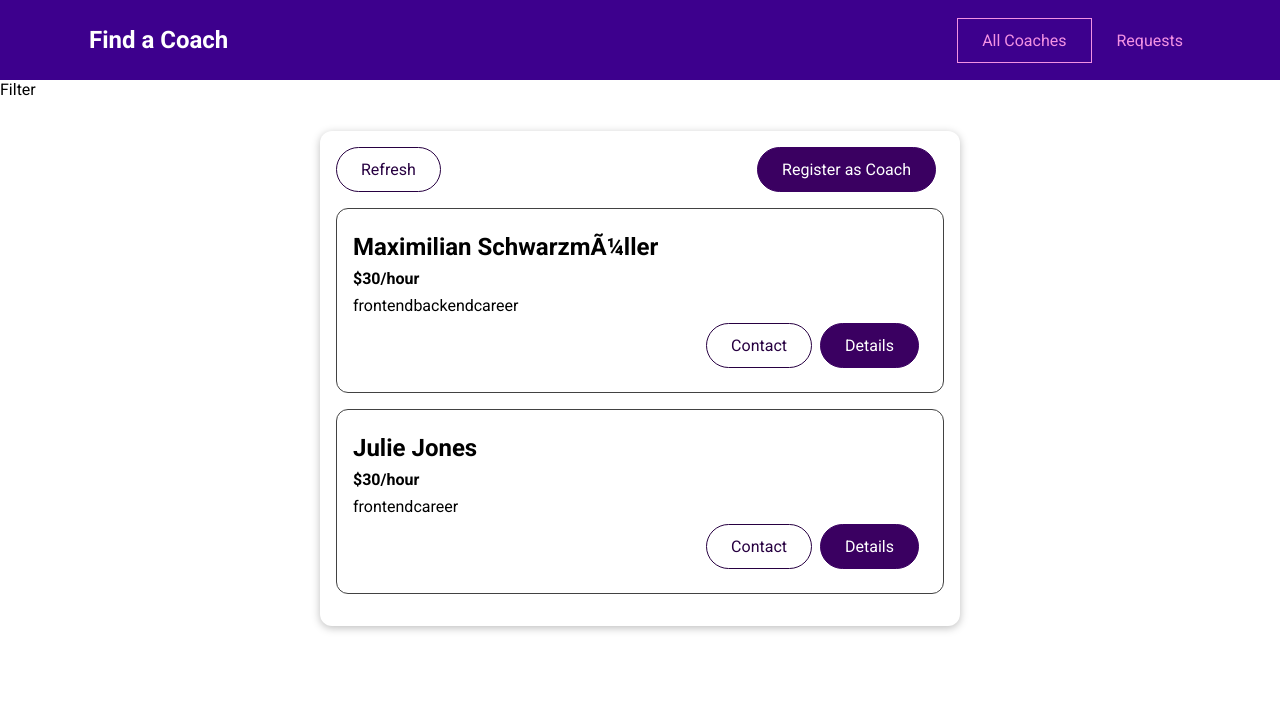
Repository: JesNatTer/coachfinder-app
Page: /coaches
An editor plug-in stored every save of this project. The page is shown before and after the next save, followed by the edit.
The browser window is 1280 px wide. The pictures show the whole page.
The project was rebuilt for these pictures with package versions that can differ from the ones it lists, and the page was loaded fresh each time. Also part of the build but not shown: src/pages/coaches/CoachDetails.vue, src/pages/coaches/CoachRegister.vue, src/pages/requests/ContactCoach.vue, src/pages/requests/RequestsReceived.vue. Imported but missing from the stored project, and not drawn on this page: src/pages/NotFound.vue.

Above is the page before, as saved 2021-11-26 14:48:28.

### src/main.js
import { createApp } from 'vue';
import router from './router.js';
import App from './App.vue';
import store from './store/index.js';
import BaseCard from './components/ui/BaseCard.vue'
import BaseButton from './components/ui/BaseButton.vue'
import BaseBadge from './components/ui/BaseBadge.vue'

const app = createApp(App);

app.use(router);
app.use(store)

app.component('base-card', BaseCard)
app.component('base-button', BaseButton)
app.component('base-badge', BaseBadge)

app.mount('#app');

### src/router.js
import { createRouter, createWebHistory } from 'vue-router'
import CoachDetails from './pages/coaches/CoachDetails.vue'
import CoachesList from './pages/coaches/CoachesList.vue'
import CoachRegister from './pages/coaches/CoachRegister.vue'
import ContactCoach from './pages/requests/ContactCoach.vue'
import RequestsReceived from './pages/requests/RequestsReceived.vue'
import NotFound from './pages/NotFound.vue'

const router = createRouter({
    history: createWebHistory(),
    routes: [
        { path: '/', redirect: '/coaches'},
        { path: '/coaches', component: CoachesList },
        { path: '/coaches/:id', component: CoachDetails, children: [
            { path: 'contact', component: ContactCoach } ,
        ] },
        { path: '/register', component: CoachRegister },
        { path: '/requests', component: RequestsReceived },
        { path: '/:notFound(.*)', component: NotFound },
    ]
});

export default router

### src/App.vue
<template>
    <Header/>
    <router-view></router-view>
</template>

<script>
import Header from './components/layout/Header.vue'
export default {
    components: { Header }
}
</script>

<style>
    @import url("https://fonts.googleapis.com/css2?family=Roboto:wght@400;700&display=swap");

    * {
        box-sizing: border-box;
    }

    html {
        font-family: "Roboto", sans-serif;
    }

    body {
        margin: 0;
    }
</style>

### src/store/index.js
import { createStore } from 'vuex'

import coachesModule from './modules/coaches/index.js'

const store = createStore({
    modules: {
        coaches: coachesModule
    }
})

export default store

### src/components/ui/BaseCard.vue
<template>
  <div class="card">
      <slot></slot>
  </div>
</template>

<script>
export default {

}
</script>

<style scoped>
.card {
  border-radius: 12px;
  box-shadow: 0 2px 8px rgba(0, 0, 0, 0.26);
  padding: 1rem;
  margin: 2rem auto;
  max-width: 40rem;
}
</style>

### src/components/ui/BaseButton.vue
<template>
  <button v-if="!link" :class="mode">
      <slot></slot>
  </button>
  <router-link v-else :to="to" :class="mode">
      <slot></slot>
  </router-link>
</template>

<script>
export default {
    props: {
        mode: {
            type: String,
            required: false,
            default: null
        },
        link: {
            type:Boolean,
            required: false,
            default: false,
        },
        to: {
            type: String,
            required: false,
            default:'/'
        }
    }
}
</script>

<style scoped>
button,
a {
  text-decoration: none;
  padding: 0.75rem 1.5rem;
  font: inherit;
  background-color: #3a0061;
  border: 1px solid #3a0061;
  color: white;
  cursor: pointer;
  border-radius: 30px;
  margin-right: 0.5rem;
  display: inline-block;
}

a:hover,
a:active,
button:hover,
button:active {
  background-color: #270041;
  border-color: #270041;
}

.flat {
  background-color: transparent;
  color: #3a0061;
  border: none;
}

.outline {
  background-color: transparent;
  border-color: #270041;
  color: #270041;
}

.flat:hover,
.flat:active,
.outline:hover,
.outline:active {
  background-color: #edd2ff;
}
</style>

### src/pages/coaches/CoachesList.vue
<template>
    <section>Filter</section>
    <base-card>
        <section>
            <div class="controls">
                <base-button mode='outline'>Refresh</base-button>
                <base-button link to="/register">Register as Coach</base-button>
            </div>
            <ul v-if="hasCoaches">
                <CoachItem v-for="coach in filteredCoaches" :key="coach.id" :id="coach.id" :first-name="coach.firstName" :last-name="coach.lastName" :rate="coach.hourlyRate" :areas="coach.areas"
                ></CoachItem>
            </ul>
            <h3 v-else>No coaches found.</h3>
        </section>
    </base-card>
</template>

<script>
import CoachItem from "../../components/coaches/CoachItem.vue"
import BaseButton from '../../components/ui/BaseButton.vue'
export default {
    components: {CoachItem, BaseButton},
    computed: {
        filteredCoaches() {
            return this.$store.getters['coaches/coaches']
        },
        hasCoaches() {
            return this.$store.getters['coaches/hasCoaches']
        }
    }
}
</script>

<style scoped>
ul {
  list-style: none;
  margin: 0;
  padding: 0;
}

.controls {
  display: flex;
  justify-content: space-between;
}
</style>

### src/components/layout/Header.vue
<template>
  <header>
      <nav>
            <h1><router-link to="/">Find a Coach</router-link></h1>
            <ul>
              <li>
                <router-link to="/coaches">All Coaches</router-link>
                <router-link to="/requests">Requests</router-link>
              </li>
            </ul>
      </nav>
  </header>
</template>

<script>
export default {

}
</script>

<style scoped>
    header {
  width: 100%;
  height: 5rem;
  background-color: #3d008d;
  display: flex;
  justify-content: center;
  align-items: center;
}

header a {
  text-decoration: none;
  color: #f391e3;
  display: inline-block;
  padding: 0.75rem 1.5rem;
  border: 1px solid transparent;
}

a:active,
a:hover,
a.router-link-active {
  border: 1px solid #f391e3;
}

h1 {
  margin: 0;
}

h1 a {
  color: white;
  margin: 0;
}

h1 a:hover,
h1 a:active,
h1 a.router-link-active {
  border-color: transparent;
}

header nav {
  width: 90%;
  margin: auto;
  display: flex;
  justify-content: space-between;
  align-items: center;
}

header ul {
  list-style: none;
  margin: 0;
  padding: 0;
  display: flex;
  justify-content: center;
  align-items: center;
}

li {
  margin: 0 0.5rem;
}
</style>

### src/store/modules/coaches/index.js
import mutations from './mutations.js'
import actions from './actions.js'
import getters from './getters.js'

export default {
    namespaced:true,
    state() {
        return {
            coaches: [
                {
                  id: 'c1',
                  firstName: 'Maximilian',
                  lastName: 'SchwarzmÃ¼ller',
                  areas: ['frontend', 'backend', 'career'],
                  description:
                    "I'm Maximilian and I've worked as a freelance web developer for years. Let me help you become a developer as well!",
                  hourlyRate: 30
                },
                {
                  id: 'c2',
                  firstName: 'Julie',
                  lastName: 'Jones',
                  areas: ['frontend', 'career'],
                  description:
                    'I am Julie and as a senior developer in a big tech company, I can help you get your first job or progress in your current role.',
                  hourlyRate: 30
                }
              ]
        }
    },
    mutations,
    actions,
    getters,
}

### src/components/coaches/CoachItem.vue
<template>
  <li>
      <h3>{{ fullName }}</h3>
      <h4>${{ rate }}/hour</h4>
      <div>
          <span v-for="area in areas" :key="area">
              {{ area }}
          </span>
      </div>
      <div class="actions">
          <base-button mode="outline" link :to="coachContactLink">Contact</base-button>
          <base-button link :to="coachDetailsLink">Details</base-button>
      </div>
  </li>
</template>

<script>
export default {
    props: ['id', 'firstName', 'lastName', 'rate', 'areas'],
    computed: {
        fullName() {
            return this.firstName + " " + this.lastName
        },
        coachContactLink() {
            return this.$route.path + '/' + this.id + '/contact'
        },
        coachDetailsLink() {
            return this.$route.path + '/' + this.id
        }
    }
}
</script>

<style scoped>
li {
  margin: 1rem 0;
  border: 1px solid #424242;
  border-radius: 12px;
  padding: 1rem;
}

h3 {
  font-size: 1.5rem;
}

h3,
h4 {
  margin: 0.5rem 0;
}

div {
  margin: 0.5rem 0;
}

.actions {
  display: flex;
  justify-content: flex-end;
}
</style>

### src/store/modules/coaches/getters.js
export default {
    coaches(state) {
        return state.coaches
    },
    hasCoaches(state) {
        return state.coaches && state.coaches.length > 0
    }
};

### src/components/ui/BaseBadge.vue
<template>
  <span class="badge" :class="type">
      {{ text }}
  </span>
</template>

<script>
export default {
    props: ['type', 'title'],
    computed: {
        text() {
            return this.title.toUpperCase()
        }
    }
}
</script>

<style scoped>
.badge {
  background-color: #ccc;
  color: #252525;
  border-radius: 30px;
  padding: 0.5rem 1.5rem;
  display: inline-block;
  margin-right: 0.5rem;
}

.frontend {
  background-color: #3d008d;
  color: white;
}

.backend {
  background-color: #71008d;
  color: white;
}

.career {
  background-color: #8d006e;
  color: white;
}
</style>

Loaded but not shown: public/index.html (common file); src/store/modules/coaches/mutations.js (common file); src/store/modules/coaches/actions.js (common file)

After the next save:
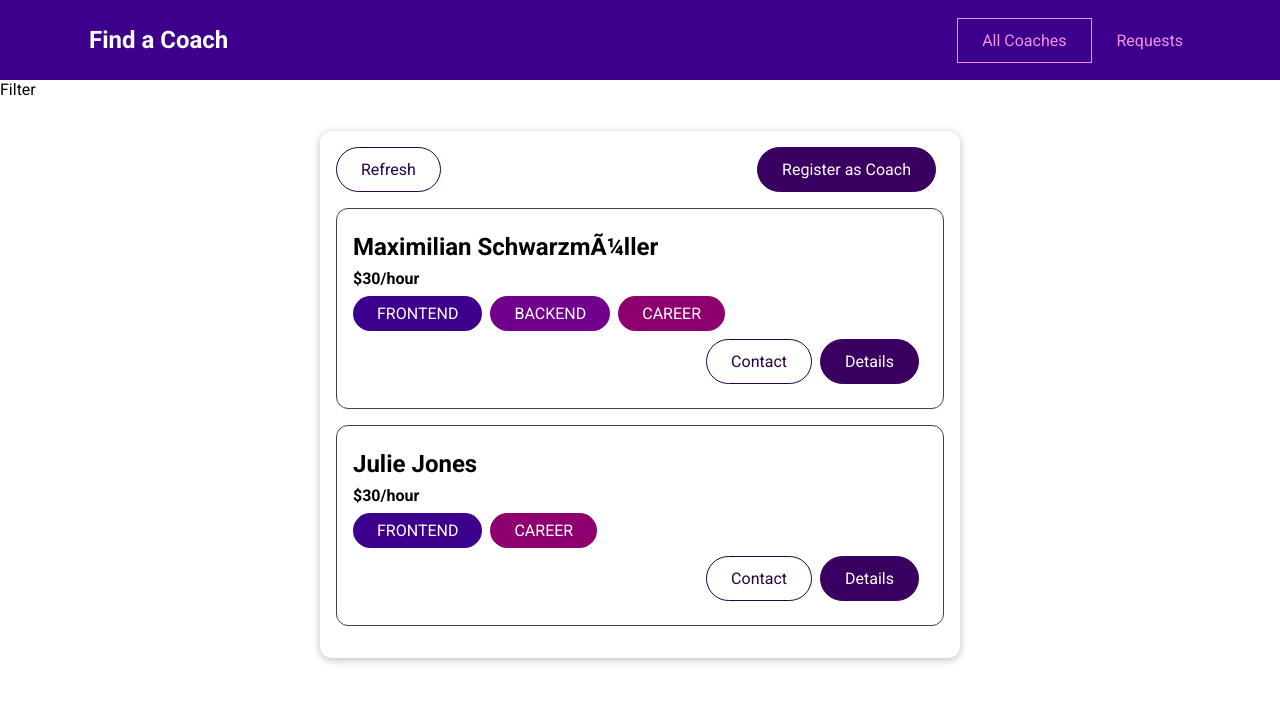
Saved 70 s later.
--- a/src/components/coaches/CoachItem.vue
+++ b/src/components/coaches/CoachItem.vue
@@ -3,9 +3,7 @@
       <h3>{{ fullName }}</h3>
       <h4>${{ rate }}/hour</h4>
       <div>
-          <span v-for="area in areas" :key="area">
-              {{ area }}
-          </span>
+          <base-badge v-for="area in areas" :key="area" :type="area" :title="area"></base-badge>
       </div>
       <div class="actions">
           <base-button mode="outline" link :to="coachContactLink">Contact</base-button>
